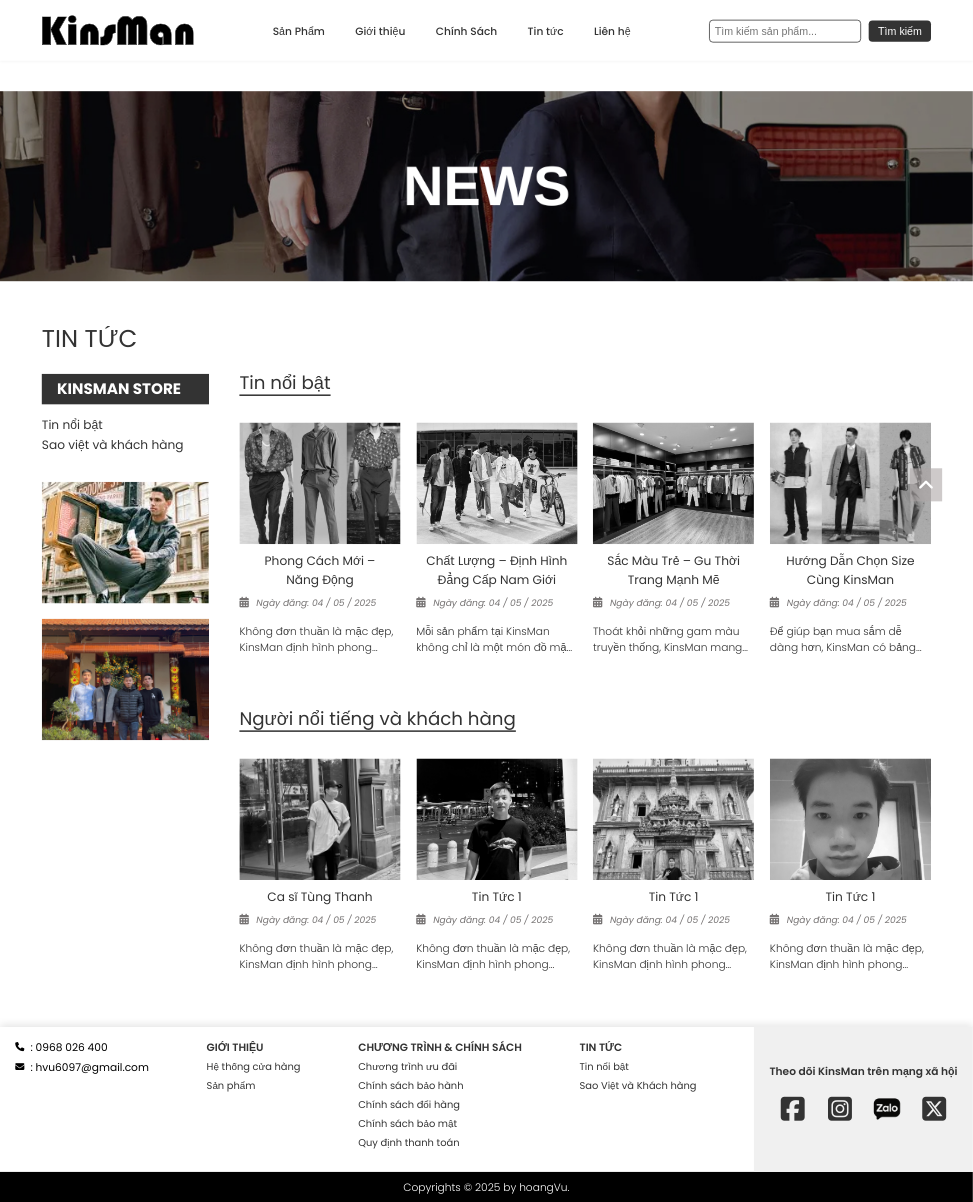
Repository: hoang28092000/kinsmanClothes
Page: category/news.html
An editor plug-in stored every save of this project. The page is shown before and after the next save, followed by the edit.
The browser window is 1280 px wide. The pictures show the whole page, at 76% of full size.

Above is the page before, as saved 2025-05-08 14:54:49.
Console error: TypeError: Cannot read properties of null (reading 'addEventListener')

After the next save:
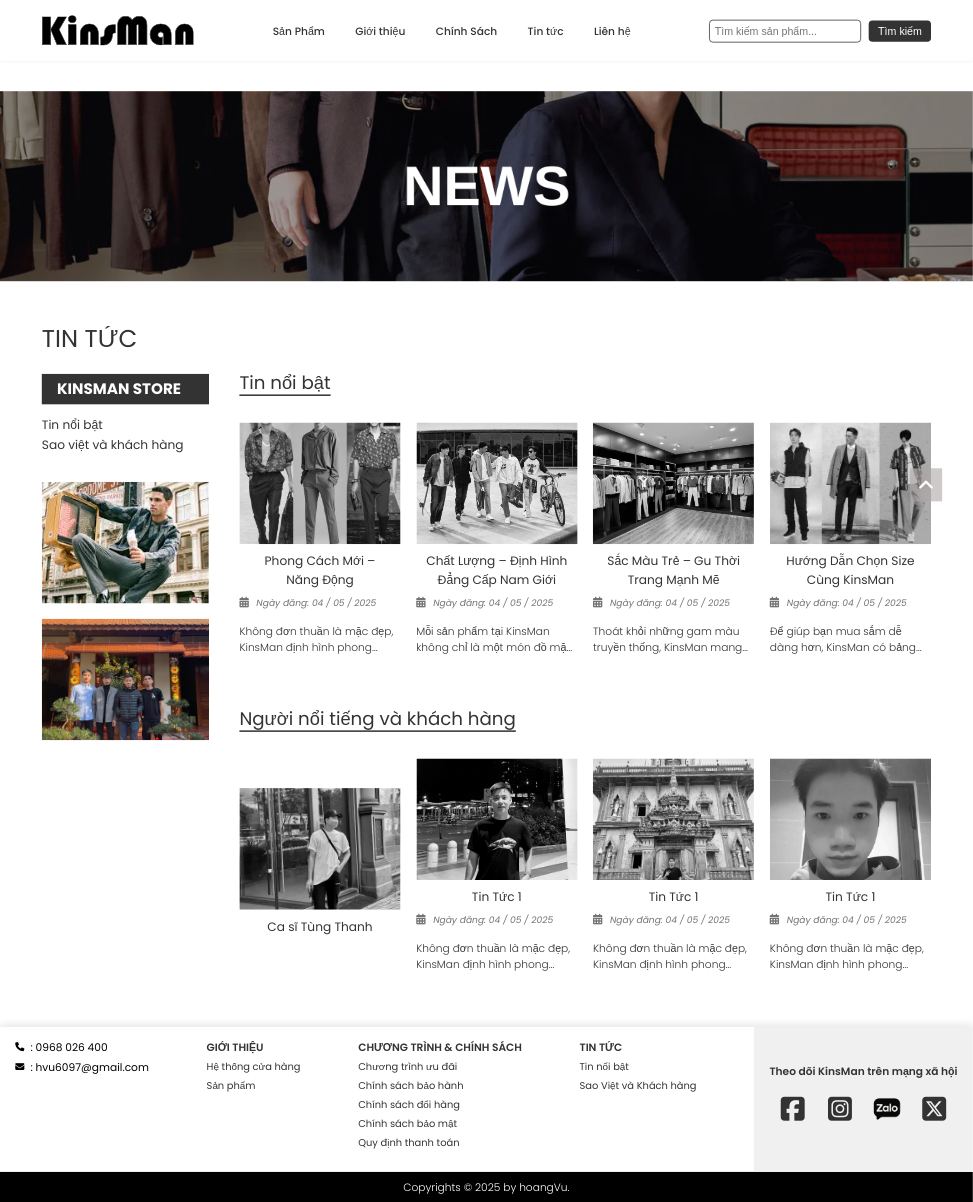
Saved 8 s later.
--- a/category/news.html
+++ b/category/news.html
@@ -188,20 +188,7 @@
                     </div>
                     <h3 class="name-news"><a href=""> Ca sĩ Tùng Thanh </a></h3>
                   </a>
-                  <div class="desc">
-                    <div class="time-up">
-                      <i class="fa-solid fa-calendar-days icon-time"></i>
-                      <p class="desc-time">Ngày đăng: 04 / 05 / 2025</p>
-                    </div>
-                    <p class="desc_card-news">
-                      Không đơn thuần là mặc đẹp, KinsMan định hình phong cách
-                      mới cho nam giới hiện đại: trẻ trung, khỏe khoắn và luôn
-                      sẵn sàng bứt phá. Từ áo thun basic đến sơ mi phối phá
-                      cách, mọi thiết kế đều hướng tới sự năng động trong từng
-                      chi tiết. Đặc biệt phù hợp với những chàng trai thích sự
-                      đơn giản nhưng vẫn “ăn điểm” trước đám đông.
-                    </p>
-                  </div>
+
                 </article>
                 <article class="card-news">
                   <a href="">
